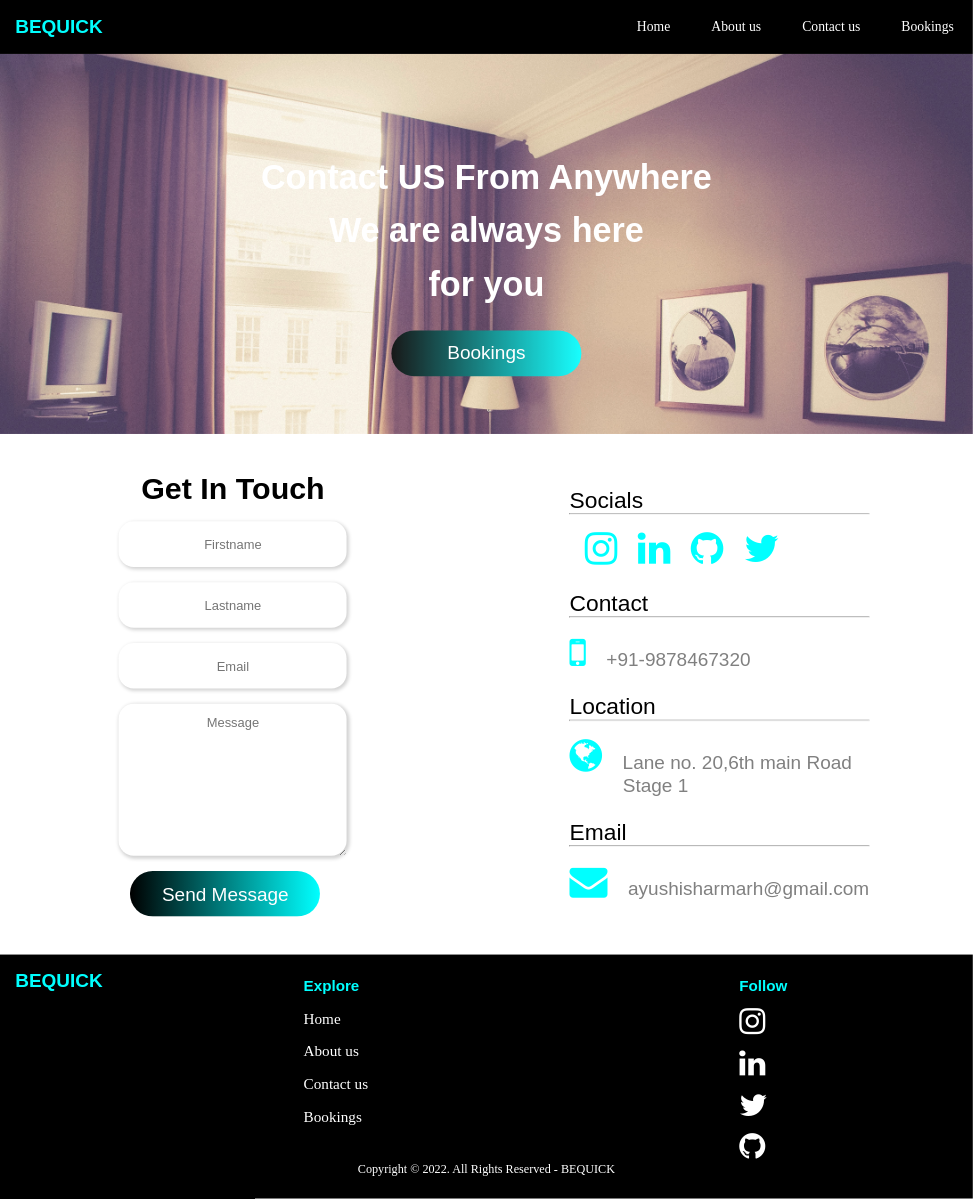
Repository: Ayushi6Sharma/BEQUICK_Hotel_Booking_Web
Page: html/contactus.html
An editor plug-in stored every save of this project. The page is shown before and after the next save, followed by the edit.
The browser window is 1280 px wide. The pictures show the whole page, at 76% of full size.

Above is the page before, as saved 2022-05-12 00:55:38.

After the next save:
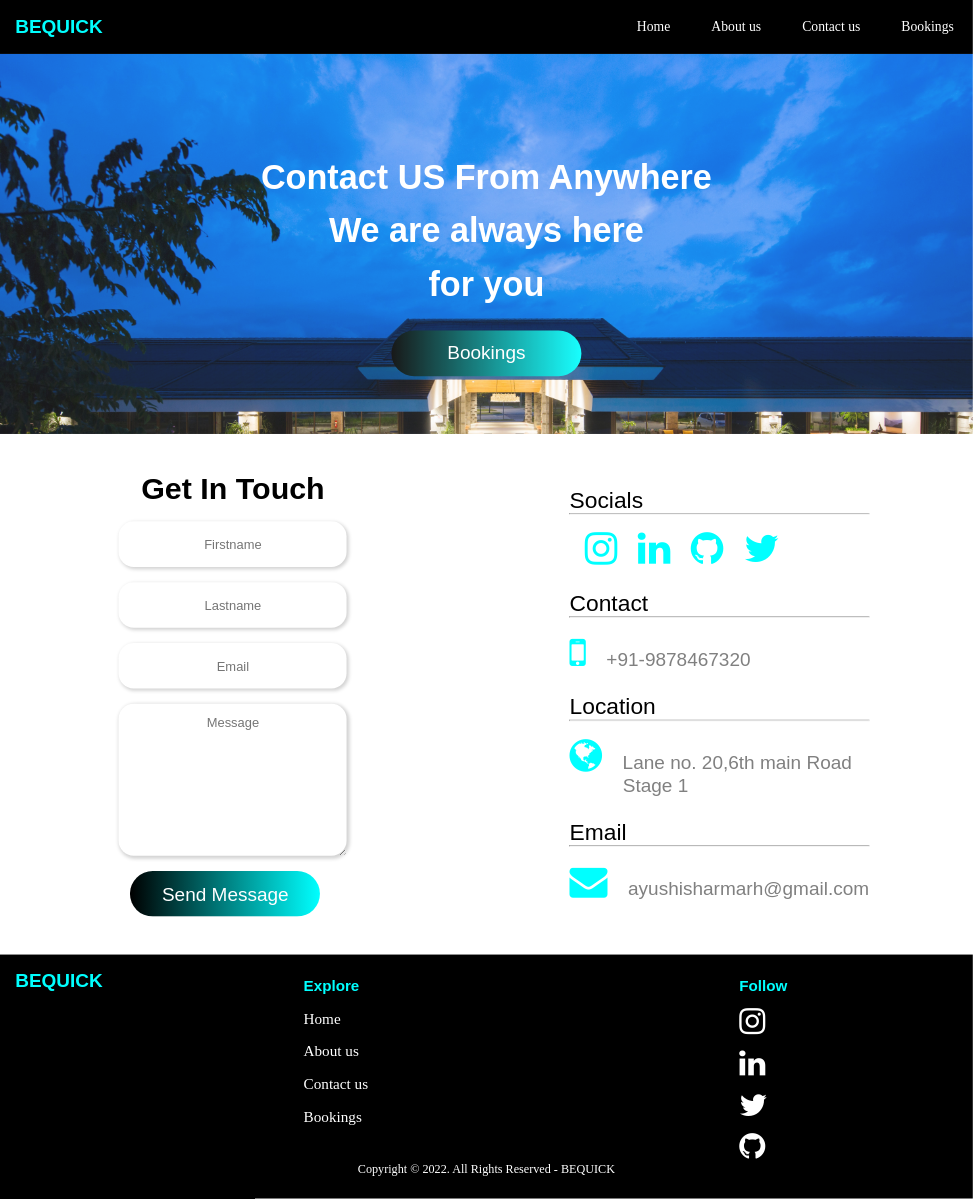
Saved 30 s later.
--- a/style/contactusstyle.css
+++ b/style/contactusstyle.css
@@ -1,7 +1,7 @@
 
 .hotel-about-image
 {
-    background-image:url('../images/hotel-img-6.jpg');
+    background-image:url('../images/hotel-img-1.jpg');
     opacity:0.9;
     height:500px;
     width:100%;
